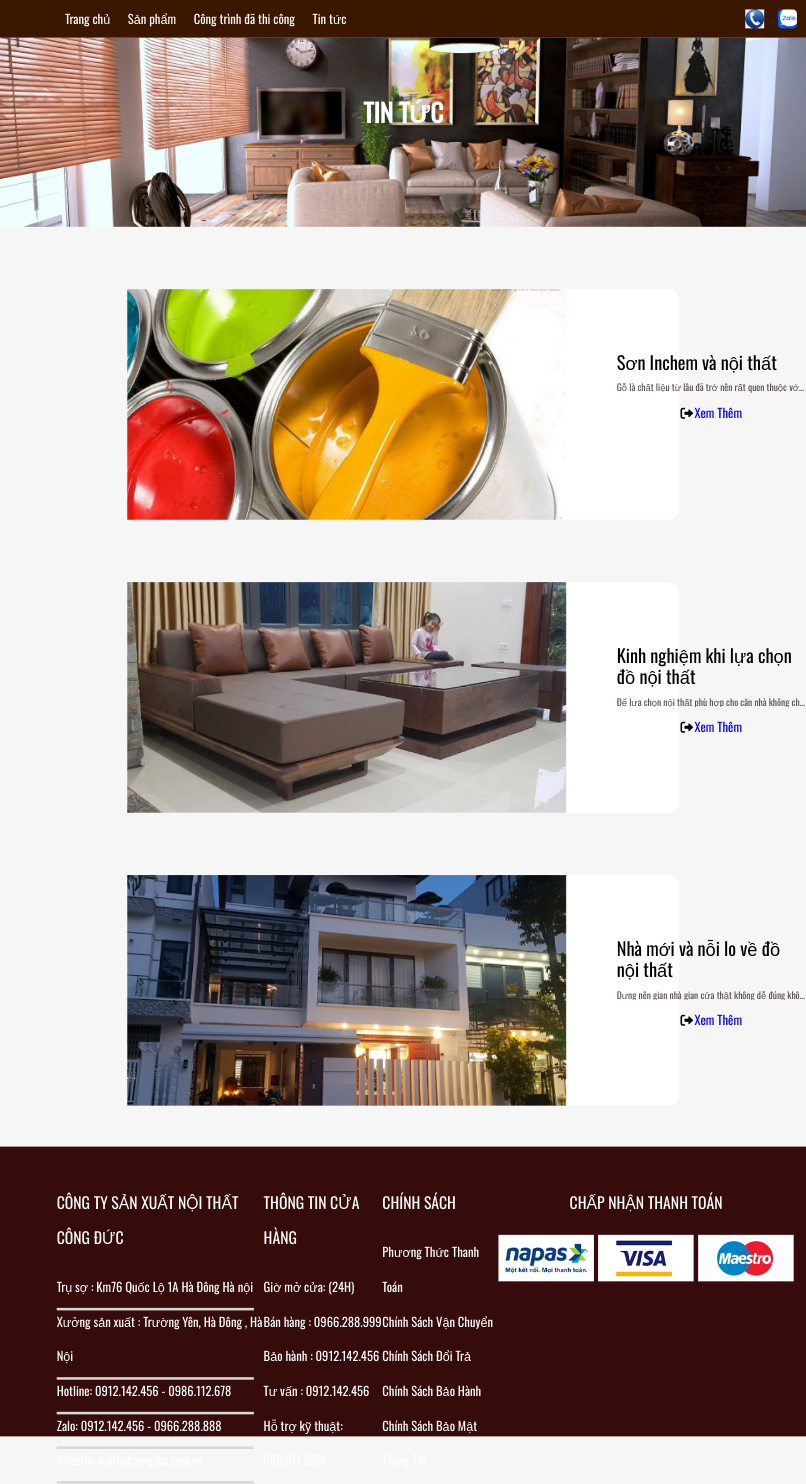
Repository: KHANHD192/FigmaTo-HTML
Page: APP-SHOP/tintuc.html
These files come from the project's save history. The page is drawn as it stood at one moment and after the next save; the edit follows.
The browser window is 1280 px wide. The pictures show the whole page, at 63% of full size.

Above is the page before, as saved 2022-11-22 15:08:03.

### APP-SHOP/tintuc.html
<!DOCTYPE html>
<html lang="en">
<head>
    <meta charset="UTF-8">
    <meta http-equiv="X-UA-Compatible" content="IE=edge">
    <meta name="viewport" content="width=device-width, initial-scale=1.0">
    <title>Tin tức</title>
    <link rel="stylesheet" href="https://cdnjs.cloudflare.com/ajax/libs/normalize/8.0.1/normalize.min.css" integrity="sha512-NhSC1YmyruXifcj/KFRWoC561YpHpc5Jtzgvbuzx5VozKpWvQ+4nXhPdFgmx8xqexRcpAglTj9sIBWINXa8x5w==" crossorigin="anonymous" referrerpolicy="no-referrer" />
    <link rel="stylesheet" href="./asset/Css_main/base.css">
    <link rel="stylesheet" href="./asset/Css_main/main.css">
    <link rel="preconnect" href="https://fonts.googleapis.com">
     <link rel="preconnect" href="https://fonts.gstatic.com" crossorigin>
     <link rel="stylesheet" href="https://cdnjs.cloudflare.com/ajax/libs/font-awesome/6.2.1/css/all.min.css" integrity="sha512-MV7K8+y+gLIBoVD59lQIYicR65iaqukzvf/nwasF0nqhPay5w/9lJmVM2hMDcnK1OnMGCdVK+iQrJ7lzPJQd1w==" crossorigin="anonymous" referrerpolicy="no-referrer" />
     <link rel="stylesheet" href="https://cdnjs.cloudflare.com/ajax/libs/font-awesome/6.2.1/css/fontawesome.min.css" integrity="sha512-giQeaPns4lQTBMRpOOHsYnGw1tGVzbAIHUyHRgn7+6FmiEgGGjaG0T2LZJmAPMzRCl+Cug0ItQ2xDZpTmEc+CQ==" crossorigin="anonymous" referrerpolicy="no-referrer" />
  <style>
     *{
            font-family: 'Oswald', sans-serif;
        }
        .header__background{
       height: 300px;
       position:relative;
         }
         .header__background-heading{
            position:absolute;
            font-size: 40px;
            line-height: 74.1px;
            color: white;
            top:30%;
            left:50%;
            transform: translate(-50%,-50%);
         }
         .container__wrap{
            max-width: 1390px;
            height: 366px;
            background-color: #ffffff;
            margin:99px 202px 20px 202px;
            margin-bottom:65px;
            border-radius: 16px;
            box-shadow: 0 0 0px 0px rgba(0, 0, 0, 0.942);
         }
         .container__image{
            max-width: 400px;
            height: 100%;
            overflow: hidden;
         }
          .container__image img {
            width: 100%;
            height: 100%;
            object-fit: cover;
          }
          .container__content{
            display: flex;
          }
          .content__text{
            margin : 70px 30px 0 80px;
            max-width: 632px;
            height: 208px;
          }
          .content__text .content__text-title{
            font-size: 29px;
            margin-bottom: 15px;
          }
          .content__text .content__text-derc{
            font-size: 15px;
            font-weight: 300;
            margin-top:2px;
            margin-bottom: 20px;
            color: #5D4E4E;
            white-space: nowrap;
            max-width:  30rem;
            overflow: hidden;
            text-overflow: ellipsis;
          }
          .content__text-icon{
            text-align: center;
          }
          .content__text-icon i{
             font-size: 2rem;
          }
          .content__text-icon a{
             font-size: 2rem;
             text-decoration: none;
          }
   </style>
    </head>
<body>
    <div class="app">
        <header class="app__header">
            <div class="header__nav-bar">
               <ul class="nav-bar__item">
                   <li>
                       <a href="./index.html" class="nav-bar__item-link">Trang chủ</a>
                   </li>
                   <li>
                       <a href="#" class="nav-bar__item-link">Sản phẩm</a>
                   </li>
                   <li>
                       <a href="./ctdtc.html" class="nav-bar__item-link">Công trình đã thi công</a>
                   </li>
                   <li>
                       <a href="./tintuc.html" class="nav-bar__item-link">Tin tức</a>
                   </li>
               </ul>
               <ul class="nav-bar__icon">
                   <li>
                       <img src="./asset/IMG/image 3.png" alt="" class="logo">
                   </li>
                   <li>
                       <img src="./asset/IMG/image 2.png" alt="" class="logo">
                   </li>
               </ul>
            </div>
            <div class="header__background">
                <h1 class="header__background-heading">TIN TỨC</h1>
                <img src="./asset/IMG/pexels-pixabay-276724.jpg" alt="background">
            </div>
         </header>
         <div class="app__container2">
             <div class="container__wrap">
              <div class="container__content">
                  <div class="content__image">
                          <img src="./asset/IMG/image 9.png" alt="avatar">
                  </div>
                  <div class="content__text">
                      <p class="content__text-title">
                          Sơn Inchem và nội thất
                      </p>
                      <p class="content__text-derc">
                          Gỗ là chất liệu từ lâu đã trở nên rất quen thuộc với người dân Việt Nam và các đồ nội thất bằng gỗ luôn được các gia đình Việt ưa chuộng.
                      </p>
                       <div class="content__text-icon">
                           <i class="fa-solid fa-right-from-bracket"></i>
                          <a href="./item1.html" class="">Xem Thêm</a>
                       </div>
                  </div>
              </div>
             </div>
           <div class="container__wrap">
            <div class="container__content">
                <div class="content__image">
                        <img src="./asset/IMG/image 9 (3).png" alt="avatar">
                </div>
                <div class="content__text">
                    <p class="content__text-title">
                        Kinh nghiệm khi lựa chọn đồ nội thất
                    </p>
                    <p class="content__text-derc">
                        Để lựa chọn nội thất phù hợp cho căn nhà không chỉ là cách làm tốt mà còn là cách làm tiết kiệm cho gia chủ , vừa đẹp vừa tiết kiệm.
                    </p>
                     <div class="content__text-icon">
                         <i class="fa-solid fa-right-from-bracket"></i>
                        <a href="./item1.html" class="">Xem Thêm</a>
                     </div>
                </div>
            </div>
           </div>
           <div class="container__wrap">
            <div class="container__content">
                <div class="content__image">
                        <img src="./asset/IMG/image 9 (4).png" alt="avatar">
                </div>
                <div class="content__text">
                    <p class="content__text-title">
                        Nhà mới và nỗi lo về đồ nội thất
                    </p>
                    <p class="content__text-derc">
                        Dựng nên gian nhà gian cửa thật không dễ đúng không các bạn ! Xong
                    </p>
                     <div class="content__text-icon">
                         <i class="fa-solid fa-right-from-bracket"></i>
                        <a href="./item1.html" class="">Xem Thêm</a>
                     </div>
                </div>
            </div>
           </div>
         </div>
         <footer class="app__footer">
            <div class="footer__addres">
                <p class="addres__title">CÔNG TY SẢN XUẤT NỘI THẤT CÔNG ĐỨC</p>
                <ul>
                    <li class="address__item" >Trụ sợ : Km76 Quốc Lộ 1A Hà Đông Hà nội</li>
                    <li class="address__item">Xưởng sản xuất : Trường Yên, Hà Đông , Hà Nội</li>
                    <li class="address__item">Hotline: 0912.142.456 - 0986.112.678 </li>
                    <li class="address__item">Zalo: 0912.142.456 - 0966.288.888</li>
                    <li class="address__item">
                        <a href="noithatcongduc.com.vn">Website: noithatcongduc.com.vn</a>
                    </li>
                </ul>
            </div>
            <div class="footer__info">
                <p class="addres__title">THÔNG TIN CỬA HÀNG </p>
                <ul>
                    <li> Giờ mở cửa: (24H)</li>
                    <li>Bán hàng : 0966.288.999</li>
                    <li> Bảo hành : 0912.142.456 </li>
                    <li>Tư vấn : 0912.142.456</li>
                    <li class="info__item">
                        <a href="tel:098.611.2158">Hỗ trợ kỹ thuật: 098.611.2158</a>
                    </li>
                </ul>
            </div>
            <div class="footer__term">
                <p class="addres__title">CHÍNH SÁCH</p>
                <ul>
                    <li>Phương Thức Thanh Toán</li>
                    <li>Chính Sách Vận Chuyển</li>
                    <li>Chính Sách Đổi Trả </li>
                    <li>Chính Sách Bảo Hành</li>
                    <li>
                        Chính Sách Bảo Mật Thông Tin
                    </li>
                </ul>
            </div>
            <div class="footer__payal">
                <p class="addres__title">CHẤP NHẬN THANH TOÁN</p>
                <ul class="payal__item">
                    <li>
                           <img src="./asset/IMG/image 8.png" alt="Phương thức thanh toán">
                    </li>
                </ul>
            </div>
        </footer>
    </div>
</body>
</html>

### APP-SHOP/asset/Css_main/base.css
@import url('https://fonts.googleapis.com/css2?family=Oswald&family=Roboto:wght@100&display=swap');
/* header */
html{
    font-size: 62.5%;
    box-sizing: border-box;
    font-family: 'Oswald', sans-serif;
    background-color:#F6F6F6;
}
.app{
    max-width: 1800px;
}
.app__header{

}
.header__nav-bar{
      display: flex;
      justify-content: space-between;
      height: 60px;
      background-color: #3C1700;;
}
.nav-bar__item {
    width: 603px;
    height: 30px;
    list-style: none;
    display: flex;
    font-family: 'Oswald', sans-serif;
    font-size: 20px;
    line-height: 29.64px;
    margin-top: 15px;
    margin-bottom: 15px ;
    margin-left: 63px;
}
.nav-bar__item-link{
    text-decoration: none;
    color: #FFFFFF;
    margin-right: 28px;
}
.header__nav-bar:not(:last-child){
    margin-right: 0;
}
.nav-bar__icon{
    list-style: none;
    display: flex;
    margin-top: 15px;
    margin-bottom: 15px ;
    margin-right: 15px;
}
.logo{
    width: 30px;
    height: 30px;
}
.logo:last-child{
    margin-left: 22px;
}
.header__background{
    width:100%;
    height: 420px;
}
.header__background img{
    width: 100%;
    height: 100%;
    object-fit: cover;
}
/* footer */
footer{
    max-width: 1800px;
    height:460px;
    background-color: #350B0C;
    color: #FFFFFF;
}
footer ul{
    list-style: none;
    padding: 0;
    font-size: 20px;
}
.app__footer{
    display:flex;
    justify-content: space-between;
}
.addres__title{
    font-size: 25px;
}
.footer__addres , .footer__info ,.footer__term ,.footer__payal{
    margin-top:35px;
}
.footer__addres{
    max-width: 508px;
    height:375px;
    margin-left:90px;
   line-height: 55px;
}
.address__item{
    position: relative;
}
.address__item::after{
    content: "";
    position: absolute;
    width: 313px;
    height: 4px;
    background-color: #D9D9D9;
    left:0;
    bottom: -10px;
}
.address__item a ,.info__item a {
    text-decoration: none;
    color:#FFFFFF;
}
 .footer__info{
    max-width: 412px;
    height: 356px;
    line-height: 55px;
 }
 .footer__term{
    max-width: 260px;
    height: 356px;
    line-height: 55px;
 }
 .footer__payal{
    line-height: 55px;
    margin-right: 20px;
 }
.footer__payal p {
    text-align: center;
}

### APP-SHOP/asset/Css_main/main.css
.app__container{
 max-width: 1800px;
    height: 3835px;
}
.collect1 h2{
    width: 285px;
    height: 42px;
    font-family: 'Oswald', sans-serif;
    font-weight: 400;
    font-size: 30px;
    line-height: 44.46px;
    color: #000000;
    position: relative;
    margin-top: 61px;
    margin-bottom: 61px;
    margin-left: 72px;
}
.collect1 h2::after{
    content: "";
    position: absolute;
    width: 1365px;
    height: 4px;
    background-color: #D9D9D9;
    left:0;
    bottom: -10px;

}
.collect1 .list__item{
    list-style: none;
    display: flex;
    margin-left:77px;
    margin-right: 88px;
    padding-left: 0;
}
.list__item li {
   max-width: 350px;
    height: 450px;
    border:  1px solid #332F2F;
    margin-right: 74px;
    background-color: #ffffff;
}
.list__item li:last-child{
    margin-right: 0;
}
li .wrap__image{
   max-width: 350px;
    height: 350px;
}
.item__image-link{
    display: block;
    max-width:100%;
    height: 63px;
    font-size: 20px;
    font-weight: 400;
    line-height: 44.46px;
   text-align: center;
   padding-top: 1.5rem;
    color: #000000;
}
li .wrap__image img{
    width: 100%;
    height: 100%;
    object-fit: cover;
}

.project__tiltle p {
    text-align: center;
    margin-top:91px;
    font-size: 50px;
    line-height: 74.1px;
    margin-bottom: 50px;
}
.list__project{
    display:flex;
    list-style: none;
    margin-left:131px;
    margin-right:131px;
    padding-left: 0;
    justify-content: space-between;
}
.list__project-item{
    max-width: 700px;
    height: 560px;
    border:  1px solid #332F2F;
}
.enfold__image{
    max-width: 700px;
    height: 400px;
}
.enfold__image img {
    width: 100%;
    height: 100%;
}
.item__project-link{
    display: block;
    max-width:100%;
    height: 63px;
    font-size: 30px;
    font-weight: 400;
    line-height: 44.46px;
   text-align: center;
   padding-top: 5rem;
    color:#6C271E;
}
.list__project-item:first-child{
    margin-right: 148px;
}
.collect1 p {
    text-align: center;
    margin-top:91px;
    font-size: 50px;
    line-height: 74.1px;
    margin-bottom: 50px;
}
.detail2{
    margin-top: 80px;
}

After the next save:
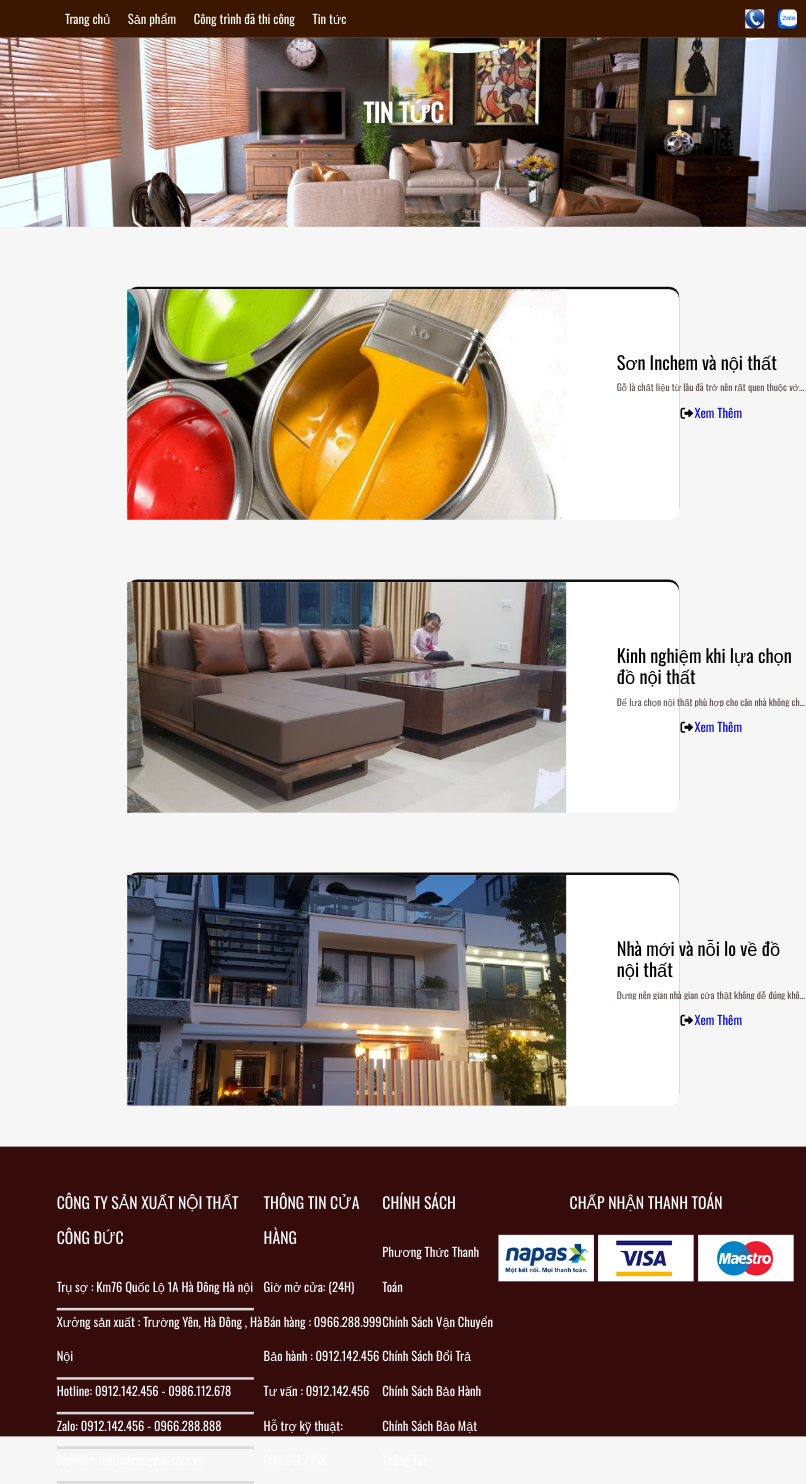
Saved 15 s later.
--- a/APP-SHOP/tintuc.html
+++ b/APP-SHOP/tintuc.html
@@ -36,7 +36,7 @@
             margin:99px 202px 20px 202px;
             margin-bottom:65px;
             border-radius: 16px;
-            box-shadow: 0 0 0px 0px rgba(0, 0, 0, 0.942);
+            box-shadow: 0 -4px 0px 0px rgba(0, 0, 0, 0.942);
          }
          .container__image{
             max-width: 400px;
